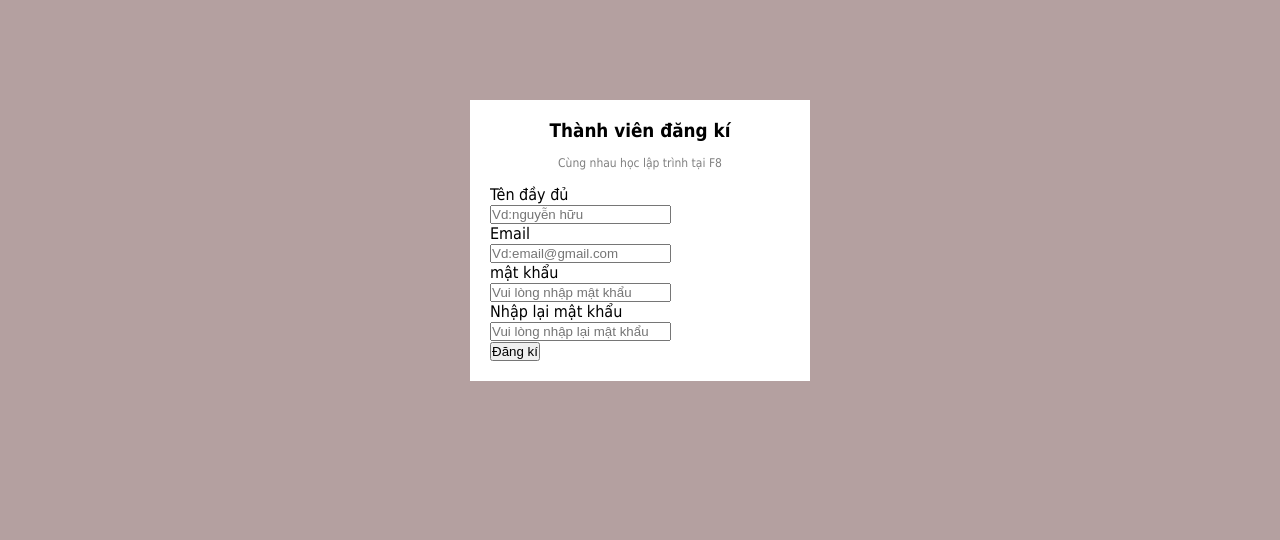
Repository: HuunvDev/Validator
Page: index.html
These files come from the project's save history. The page is drawn as it stood at one moment and after the next save; the edit follows.
The browser window is 1280 px wide. The pictures show the whole page.

Above is the page before, as saved 2022-08-20 09:20:05.

After the next save:
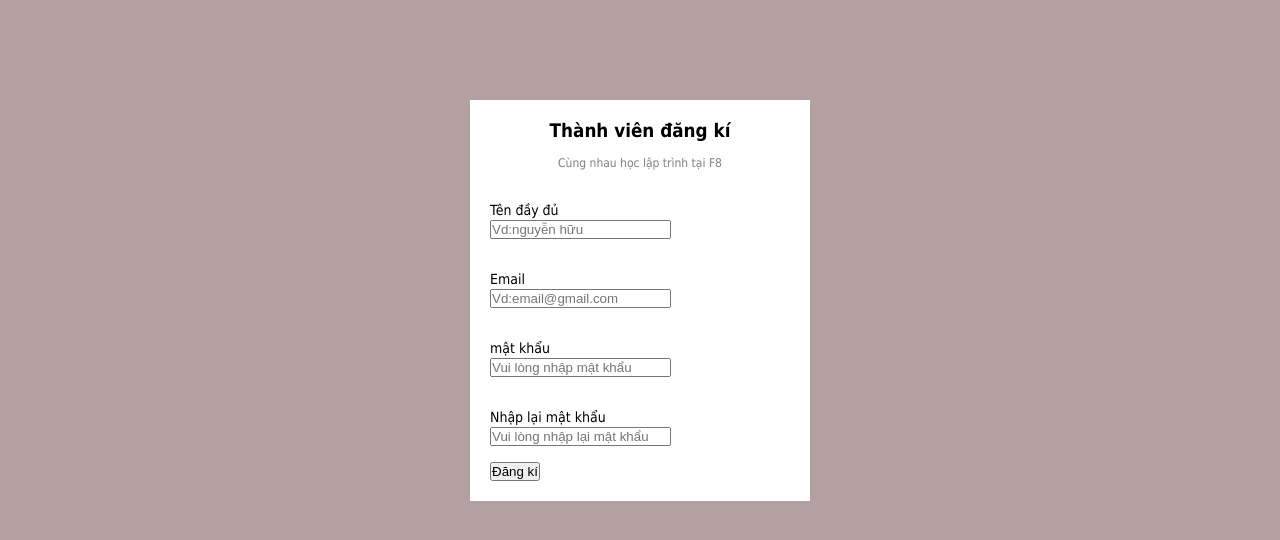
Saved 6 min 3 s later.
--- a/style.css
+++ b/style.css
@@ -25,3 +25,10 @@ p.desc {
     color: grey;
     padding: 15px 0;
 }
+.form-group {
+    padding: 15px 0;
+}
+
+label.form-lable {
+    font-size: 14px;
+}
